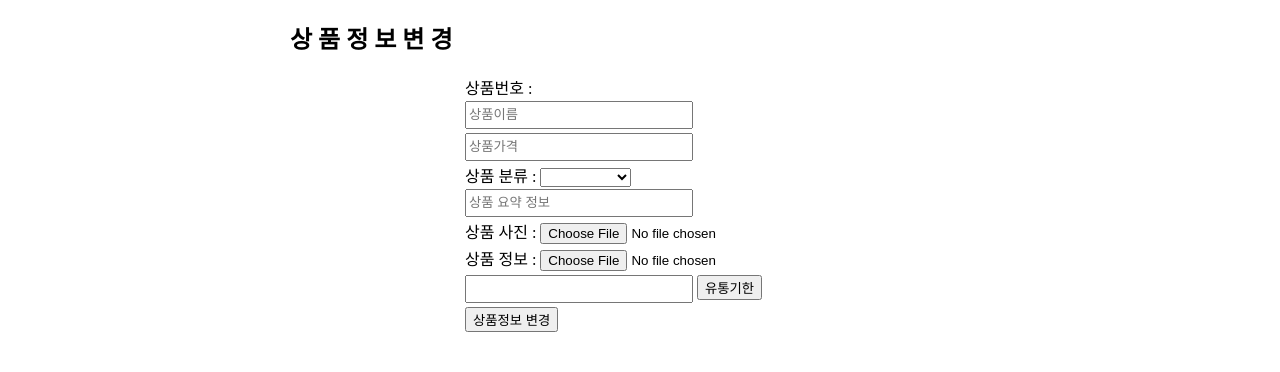
Repository: fellownew/project_workspace
Page: http://localhost/shoppingmall/WEB-INF/view/body/product/product_modify_form.jsp
An editor plug-in stored every save of this project. The page is shown before and after the next save, followed by the edit.
The browser window is 1280 px wide. The pictures show the whole page.
The page is served by Tomcat 9. Nobody is signed in. Other server files are loaded and not shown. The template is opened directly, without the code that normally fills it, so the values that code supplies are empty.

Above is the page before, as saved 2015-06-15 01:24:08.

### shoppingmall/WebContent/WEB-INF/view/body/product/product_modify_form.jsp
<%@ page contentType="text/html;charset=UTF-8"%>
<!DOCTYPE html>
<script type="text/javascript" src="${initParam.rootPath }/script/jquery.js"></script>
<script type="text/javascript" src="${initParam.rootPath }/script/date_picker.js"></script>
<script type="text/javascript">
var flag = true;
	$(document).ready(function(){
		$("#modifyBtn").on("click",function(){
			if($("#productId").val()==''  ||
					$("#productPrice").val()==''  ||
					$("#productInfo").val()==''  ||
					$("#expDate").val()=='' ){
					alert("입력정보를 확인하세요");
					return false;
				}
			if(!flag){
				alert("이미지 파일을 확인해주세요");
				return false;
			}
		});

		$("#upfile").on("change",function(){
			var path = $(this).val() ;
			var leng = path.length;
			var txt = path.substr(leng-3,3).toLowerCase() ;
			flag = true;
			if(txt != "jpg" && txt != "peg" && txt != "png" && txt != "gif" && txt != "bmp"){
				alert("jpg, jpeg, png, gif 파일만 등록 가능합니다.");
				flag = false;
			}
		});

		$("#infoUpfile").on("change",function(){
			var path = $(this).val();
			var leng = path.length;
			var txt = path.substr(leng-3,3).toLoserCase();
			flag = true;
			if((txt != "jpg") && (txt != "peg") && (txt != "png") && (txt != "gif") && (txt != "bmp")){
				alert("jpg, jpeg, png, gif 파일만 등록 가능합니다.");
				flag = false;
			}
		});

		$("#default").text(($("#"+$("#default").attr("value")).text()));

	});

</script>
<style>
#modify_form{
	width:350px;
	margin:0 auto;
	text-align: left;
}

#modify_form input{
	margin-top: 2px;
	margin-bottom: 2px;
}

#modify_form input[type="text"], #modify_form input[type="number"]{
	width: 220px;
	height: 22px;
}

</style>

<div style="width: 700px;margin:0 auto">
<h2> 상 품 정 보 변 경 </h2>
	<div id="modify_form">
	상품번호 : ${requestScope.product.productId }
	<form action="${initParam.rootPath}/auth/modifyProduct.do" method="POST" enctype="multipart/form-data">
		<input type="text" id="productName" name="productName" placeholder="상품이름" value="${requestScope.product.productName }" required="required" /><br>
		<input type="number" id="productPrice" name="productPrice" placeholder="상품가격" value="${requestScope.product.productPrice }" required="required"/><br>
		상품 분류 :
		<select name="category" id="category">
			<option id="default" value="${requestScope.product.category }" selected="selected" disabled="disabled"></option>
			<option id="food" value="food">농/수/축산물</option>
			<option id ="fruit" value="fruit">과일/채소</option>
			<option id ="health" value="health">건강식품</option>
			<option id ="snack" value="snack">간식</option>
		</select><br>
		<input type="text" id="productInfo" name="productInfo" placeholder="상품 요약 정보" required="required" value="${requestScope.product.productInfo }"><br>
		상품 사진 : <input type="file" id="upfile" name="upfile"/><br>
		상품 정보 : <input type="file" id="infoUpfile" name="infoUpfile"/><br>
		<input type="text" id="expDate" name="expDate" required="required" value="${requestScope.product.expDate }">
		<input type="button" value="유통기한" onClick="datePicker(event,'expDate')"><br>
		<input type="hidden" name="productId" value="${requestScope.product.productId }"/>
		<input type="hidden" name="SellerId" value="${sessionScope.loginInfo.sellerId }"/>
		<input type="submit" id="modifyBtn" value="상품정보 변경">
	</form>
	</div>
</div>

### shoppingmall/WebContent/script/date_picker.js
// Calendar Script
// Licence : GPL (http://www.gnu.org/licenses/licenses.html#GPL)
// Update & Download  : http://www.ziwoo.net/zb/view.php?boardid=zb_ziwoo_javascript&uid=129
// This page was last modified on 2011.12.15 (Since 2010.04.11)

//ex1 : datePicker(event, 'targetFieldName');
//ex2 : datePicker(event, 'targetFieldName', 2);
//세번째 인자는 날짜를 입력할 타겟의 필드명이 복수인 경우를 위한 배열키.(기본값:0)

function datePicker(e, elm) {
	currentElement = (arguments[2])?document.getElementsByName(elm)[arguments[2]]:document.getElementsByName(elm)[0];
	var event = e || window.event;

	if(document.getElementById('currentDiv')) {
		document.getElementById("currentDiv").parentNode.removeChild(document.getElementById("currentDiv"));
	}

	if(arguments[0]){
		var eventX = event.clientX;
		var eventY = event.clientY;
		if(eventX>document.body.offsetWidth-182-40) eventX = document.body.offsetWidth-182-40;
		if(eventY>document.body.offsetHeight-158-40) eventY = document.body.offsetHeight-158-40;
		var calDivObj = document.createElement("div");
		calDivObj.setAttribute("id","currentDiv");
		calDivObj.style.width = '182px';
		calDivObj.style.height = '158px';
		calDivObj.style.border = "1px solid #D0D0D0";
		calDivObj.style.position = "absolute";
		calDivObj.style.top = eventY+document.body.scrollTop+10+'px';
		calDivObj.style.left = eventX+10+'px';
		calDivObj.style.zIndex = 100000;
		document.body.appendChild(calDivObj);
		fBuildHtml();
	}
}

function fBuildHtml() {
	var currentDate = new Date();
	var igYear = currentDate.getFullYear();
	var igMonth = currentDate.getMonth() + 1;
	var gMonths = new Array("1","2","3","4","5","6","7","8","9","10","11","12");
	var calHtml = "<table border='0' bgcolor='#C0C0C0'>";
	calHtml += "<tr style='font-size:9pt'>";
	calHtml += "<td valign='middle' align='center'>";
	calHtml += "<input type='button' name='PrevMonth' value='<' style='height:20px; width:20px; font:9pt Fixedsys;' onClick='fPrevMonth()'>";
	calHtml += " <select name='tbSelYear' style='font-size:9pt' onChange='fUpdateCal(tbSelYear.value, tbSelMonth.value)'>";
	for(i=1970;i<2030;i++) calHtml += "<OPTION value='"+i+"'>"+i+"</OPTION>";
	calHtml += "</select>";
	calHtml += " <select name='tbSelMonth' style='font-size:9pt' onChange='fUpdateCal(tbSelYear.value, tbSelMonth.value)'>";
	for (i=0; i<12; i++) calHtml += "<option value='"+(i+1)+"'>"+gMonths[i]+"</option>";
	calHtml += "</select>";
	calHtml += " <input type='button' name='PrevMonth' value='>' style='height:20px; width:20px; font:9pt Fixedsys;' onclick='fNextMonth()'>";
	calHtml += "</td>";
	calHtml += "</tr><tr>";
	calHtml += "<td align='center'>";
	calHtml += "<DIV><table width='100%' border='0' cellspacing='1' cellpadding='2'>";
	calHtml += fDrawCal(igYear,igMonth);
	calHtml += "</table></DIV>";
	calHtml += "</td>";
	calHtml += "</tr>";
	calHtml += "</td></tr>";
	calHtml += "</table>";

	document.getElementById('currentDiv').innerHTML = calHtml;
	fSetYearMon(igYear,igMonth);
}

function fDrawCal(iYear, iMonth) {
	var WeekDay = new Array("Sun","Mon","Tue","Wed","Thu","Fri","Sat");
	var calHtml = "<tr>";
	for(i=0; i<7; i++) calHtml += "<td bgcolor='White' width='20' valign='middle' align='center' style='font:bold 10px Tahoma; color:#C0C0C0;'>" + WeekDay[i] + "</td>";
	calHtml += "</tr>";
	var i = 0;
	for (w = 1; w < 7; w++) {
		calHtml += "<tr>";
		for (d = 0; d < 7; d++) {
			if(w==6 && d==6){
				calHtml += "<td bgcolor='#C0C0C0' width='20' valign='middle' align='center' style='padding:1px 0 0 3px; cursor:pointer;' onClick='datePicker()'>";
				calHtml += "<font color='White' face='Tahoma'>X</font>";
				calHtml += "</td>";
			}else{
				calHtml += "<td bgcolor='White' width='20' valign='middle' align='center' style='font:bold 10px Tahoma; cursor:pointer;' onMouseOver=\"this.bgColor='Pink'\" onMouseOut=\"this.bgColor='White'\" onClick='fSetSelected(this)'>";
				calHtml += "<font id='cellText_"+i+"'></font>";
				calHtml += "</td>";
			}
			i++;
		}
		calHtml += "</tr>";
	}
	return calHtml;
}

function fSetYearMon(iYear, iMon){
	var tbSelYear = document.getElementsByName('tbSelYear')[0];
	var tbSelMonth = document.getElementsByName('tbSelMonth')[0];
	tbSelMonth.options[iMon-1].selected = true;
	for (i = 0; i < tbSelYear.length; i++) if (tbSelYear.options[i].value == iYear) tbSelYear.options[i].selected = true;
	fUpdateCal(iYear, iMon);
}

function fPrevMonth(){
	var iMon = document.getElementsByName('tbSelMonth')[0].value;
	var iYear = document.getElementsByName('tbSelYear')[0].value;
	if (--iMon<1) {
		iMon = 12;
		iYear--;
	}
	fSetYearMon(iYear, iMon);
}

function fNextMonth(){
	var iMon = document.getElementsByName('tbSelMonth')[0].value;
	var iYear = document.getElementsByName('tbSelYear')[0].value;
	if (++iMon>12) {
		iMon = 1;
		iYear++;
	}
	fSetYearMon(iYear, iMon);
}

function fUpdateCal(iYear, iMonth) {
	myMonth = fBuildCal(iYear, iMonth);
	var currentDate = new Date();
	var igYear = currentDate.getFullYear();
	var igMonth = currentDate.getMonth() + 1;
	var igDate = currentDate.getDate();
	var i = 0;
	for (w = 0; w < 6; w++) for (d = 0; d < 7; d++) if(w!=5 || d!=6) {
		with (document.getElementById('cellText_'+parseInt((7*w)+d))) {
			if (myMonth[w+1][d]<0) {
				color = "#808080";
				innerHTML = -myMonth[w+1][d];
			}else{
				if(d==0) color = "red";
				else if(d==6) color = "blue";
				else color = "black";
				innerHTML = myMonth[w+1][d];
				if(iYear==igYear && iMonth==igMonth && innerHTML==igDate){
					parentNode.style.backgroundColor='#D8FF00';
				}else{
					parentNode.style.backgroundColor='';
				}
			}
		}
	}
}

function fBuildCal(iYear, iMonth) {
	var aMonth=new Array();
	for(i=1;i<7;i++) aMonth[i]=new Array(i);
	var dCalDate=new Date(iYear, iMonth-1, 1);
	var iDayOfFirst=dCalDate.getDay();
	var iDaysInMonth=new Date(iYear, iMonth, 0).getDate();
	var iOffsetLast=new Date(iYear, iMonth-1, 0).getDate()-iDayOfFirst+1;
	var iDate = 1;
	var iNext = 1;
	for (d = 0; d < 7; d++) aMonth[1][d] = (d<iDayOfFirst)?-(iOffsetLast+d):iDate++;
	for (w = 2; w < 7; w++) for (d = 0; d < 7; d++) if(w!=6 || d!=6) aMonth[w][d] = (iDate<=iDaysInMonth)?iDate++:-(iNext++);
	return aMonth;
}

function fSetSelected(aCell){
	var tbSelYear = document.getElementsByName('tbSelYear')[0];
	var tbSelMonth = document.getElementsByName('tbSelMonth')[0];
	var iOffset = 0;
	var iYear = parseInt(tbSelYear.value);
	var iMonth = parseInt(tbSelMonth.value);
	with (aCell.firstChild){
		var iDay = parseInt(innerHTML);
		if(aCell.parentNode.rowIndex<2 && iDay>15) iMonth--;
		if(aCell.parentNode.rowIndex>4 && iDay<15) iMonth++;
		if (iMonth<1) {
			iYear--;
			iMonth = 12;
		}else if (iMonth>12){
			iYear++;
			iMonth = 1;
		}
	}
	currentElement.value = iYear+"-"+(parseInt(iMonth+100).toString().substring(1,3))+"-"+(parseInt(iDay+100)).toString().substring(1,3);
	document.getElementById("currentDiv").parentNode.removeChild(document.getElementById("currentDiv"));
}

Loaded but not shown: shoppingmall/WebContent/script/jquery.js (library)

After the next save:
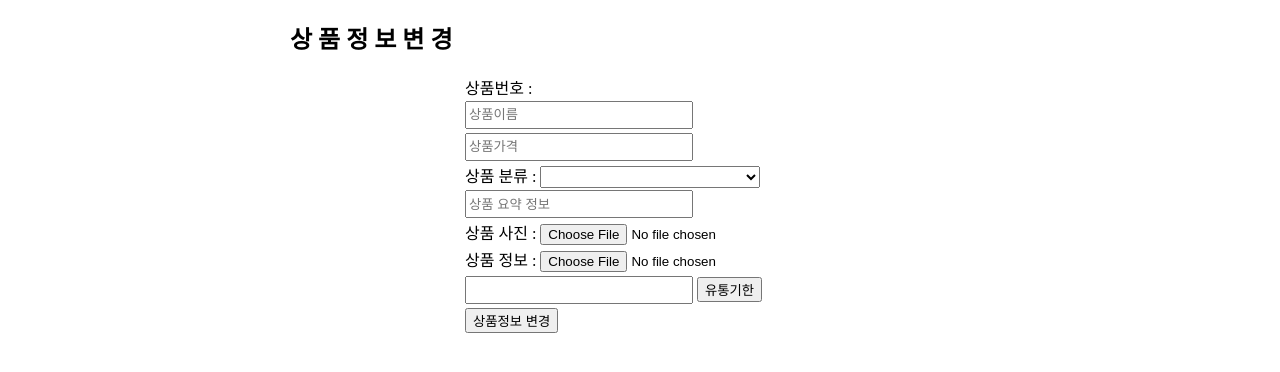
Saved 46 s later.
--- a/shoppingmall/WebContent/WEB-INF/view/body/product/product_modify_form.jsp
+++ b/shoppingmall/WebContent/WEB-INF/view/body/product/product_modify_form.jsp
@@ -58,7 +58,7 @@ var flag = true;
 	margin-bottom: 2px;
 }
 
-#modify_form input[type="text"], #modify_form input[type="number"]{
+#modify_form input[type="text"], #modify_form input[type="number"], #modify_form select{
 	width: 220px;
 	height: 22px;
 }
